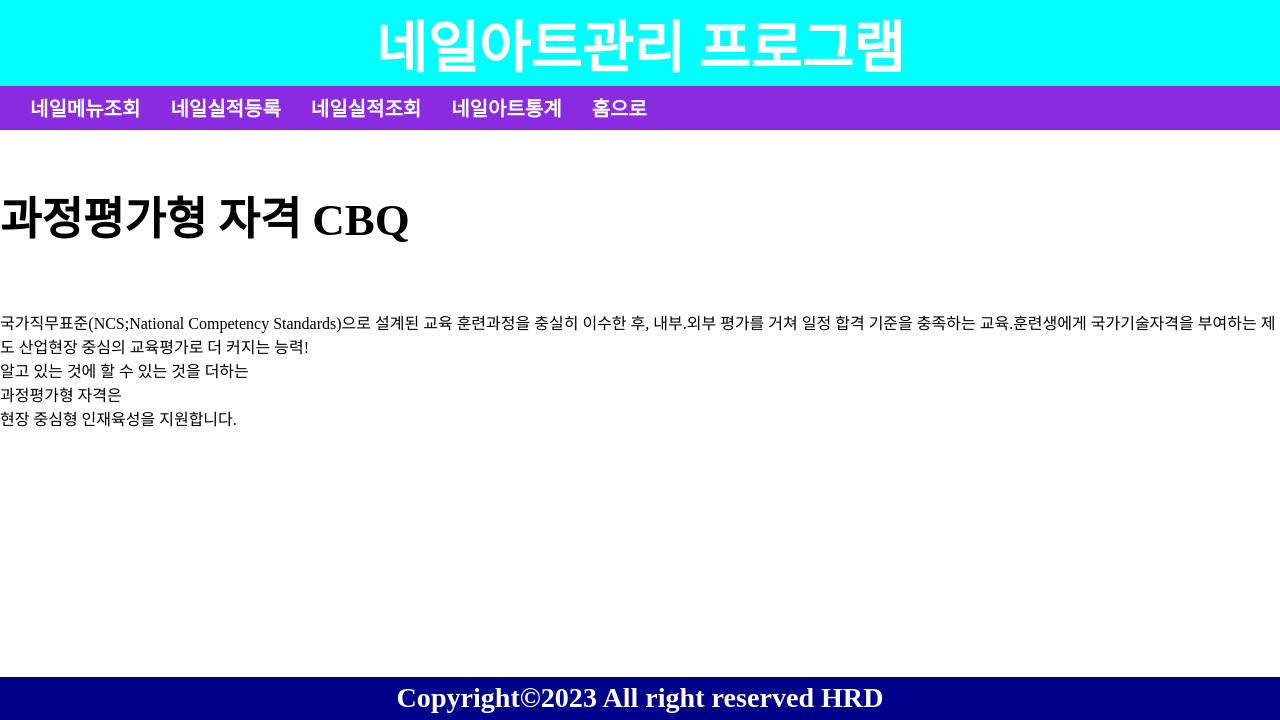
Repository: balhyo-younjisang/DigitechJSP
Page: http://localhost/NailArt/
An editor plug-in stored every save of this project. The page is shown before and after the next save, followed by the edit.
The browser window is 1280 px wide. The pictures show the whole page.
The page is served by Tomcat 9. Other server files are loaded and not shown.

Above is the page before, as saved 2025-04-14 08:37:39.

### pizza0403/NailArt/src/main/webapp/index.jsp
<%@ page language="java" contentType="text/html; charset=UTF-8"
    pageEncoding="UTF-8"%>
<!DOCTYPE html>
<html>
<head>
<meta charset="UTF-8">
<title>네일아트 관리 프로그램</title>
<link rel="stylesheet" href="./css/style.css">
</head>
<body>
	<%@ include file="./component/header.jsp" %>
	<main>
		<section class="title">
			<h2>과정평가형 자격 CBQ</h2>
		</section>
		<section class="content">
			<p>국가직무표준(NCS;National Competency Standards)으로 설계된 교육 훈련과정을 충실히 이수한 후, 내부.외부 평가를 거쳐 일정 합격 기준을 충족하는 교육.훈련생에게 국가기술자격을 부여하는 제도 산업현장 중심의 교육평가로 더 커지는 능력!</p>
			<p>알고 있는 것에 할 수 있는 것을 더하는</p>
			<p>과정평가형 자격은</p>
			<p>현장 중심형 인재육성을 지원합니다.</p>
		</section>
	</main>
	<%@ include file="./component/footer.jsp" %>
</body>
</html>

### pizza0403/NailArt/src/main/webapp/component/header.jsp
<%@ page language="java" contentType="text/html; charset=UTF-8"
    pageEncoding="UTF-8"%>
<header>
	<div>
		<h1>네일아트관리 프로그램</h1>
	</div>
	<nav>
		<ul class="gnb">
			<li><a href="menu.jsp">네일메뉴조회</a></li>
			<li><a href="register.jsp">네일실적등록</a></li>
			<li><a href="price.jsp">네일실적조회</a></li>
			<li><a href="data.jsp">네일아트통계</a></li>
			<li><a href="index.jsp">홈으로</a></li>
		</ul>
	</nav>
</header>

### pizza0403/NailArt/src/main/webapp/component/footer.jsp
<%@ page language="java" contentType="text/html; charset=UTF-8"
    pageEncoding="UTF-8"%>
<footer>
	<h3>Copyright&copy;2023 All right reserved HRD</h3>
</footer>

### pizza0403/NailArt/src/main/webapp/css/style.css
@charset "UTF-8";

* {
	margin: 0;
	padding: 0;
	box-sizing: border-box;
}

a {
	text-decoration: none;
	color: inherit;
}

ul, li {
	list-style: none;
}

header {
	width: 100vw;
	height: 18vh;
}

header div {
	width: 100%;
	height: 12vh;
	display: flex;
	align-items: center;
	justify-content: center;
	font-size: 28px;
	font-weight: bold;
	color: white;
	background-color: aqua;
}

header .gnb {
	display: flex;
	height: 6vh;
	width: 100vw;
	padding-left: 30px;
	gap: 30px;
	align-items: center;
	font-size: 20px;
	background-color: blueviolet;
	font-weight: bold;
	color: white;
}

footer {
	position: fixed;
	bottom: 0;
	left: 0;
	width: 100vw;
	height: 6vh;
	background-color: darkblue;
	color: white;
	display: flex;
	align-items: center;
	justify-content: center;
	font-size: 24px;
}

main .title {
	line-height: 180px;
	font-size: 30px;
}

After the next save:
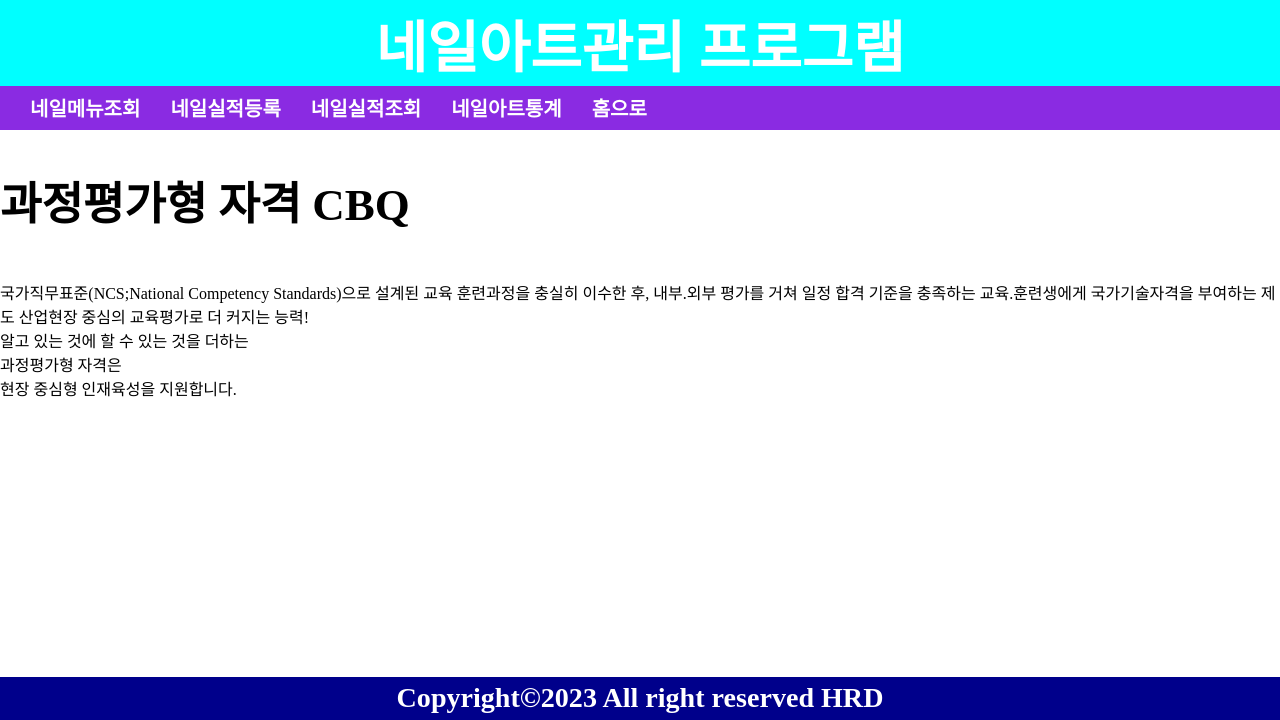
Saved 13 s later.
--- a/pizza0403/NailArt/src/main/webapp/css/style.css
+++ b/pizza0403/NailArt/src/main/webapp/css/style.css
@@ -60,6 +60,6 @@ footer {
 }
 
 main .title {
-	line-height: 180px;
+	line-height: 150px;
 	font-size: 30px;
 }
